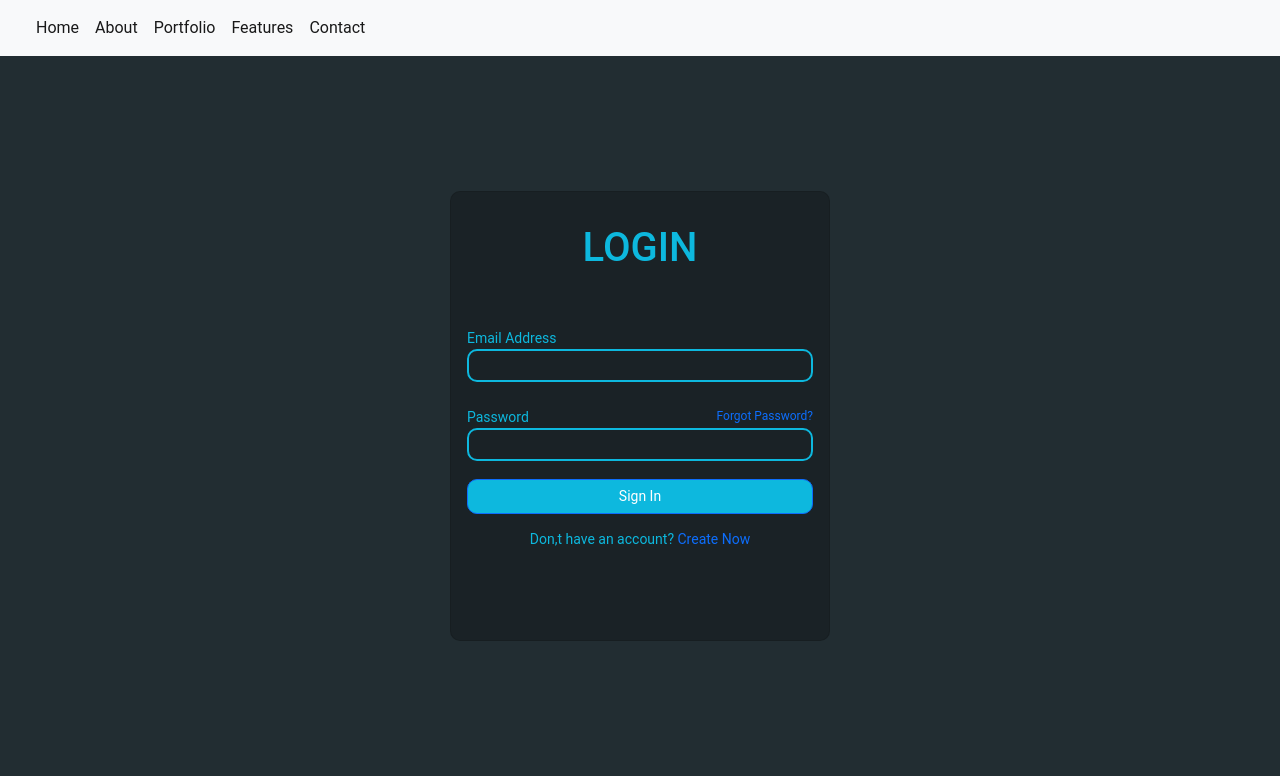
Repository: zjria/Bootstrap_logIn_1
Page: LoginPage/index.html
An editor plug-in stored every save of this project. The page is shown before and after the next save, followed by the edit.
The browser window is 1280 px wide. The pictures show the whole page.

Above is the page before, as saved 2022-06-19 07:37:51.

After the next save:
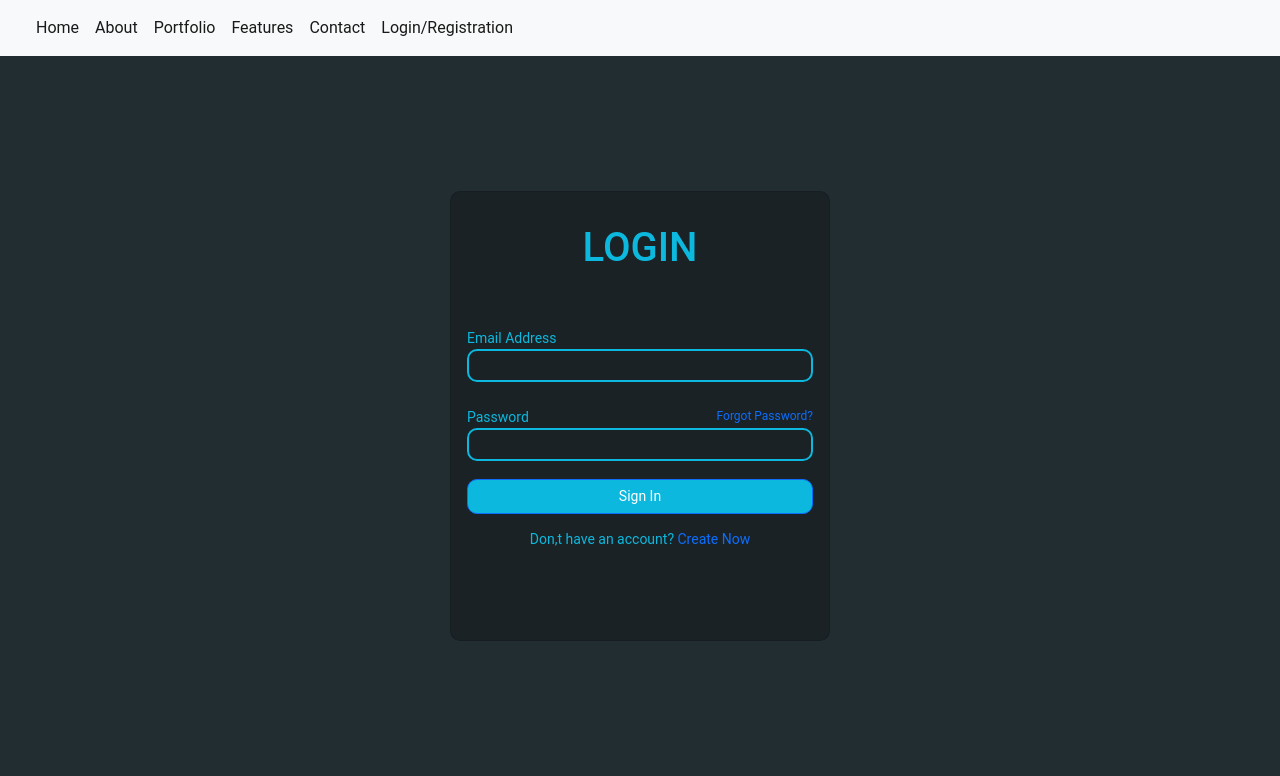
Saved 44 s later.
--- a/LoginPage/index.html
+++ b/LoginPage/index.html
@@ -40,6 +40,9 @@
               </li>
               <li class="nav-item">
                 <a class="nav-link active" aria-current="page" href="#">Contact</a>
+              </li>
+              <li class="nav-item">
+                <a class="nav-link active" aria-current="page" href="#">Login/Registration</a>
               </li>
 
               <!-- <li class="nav-item">
